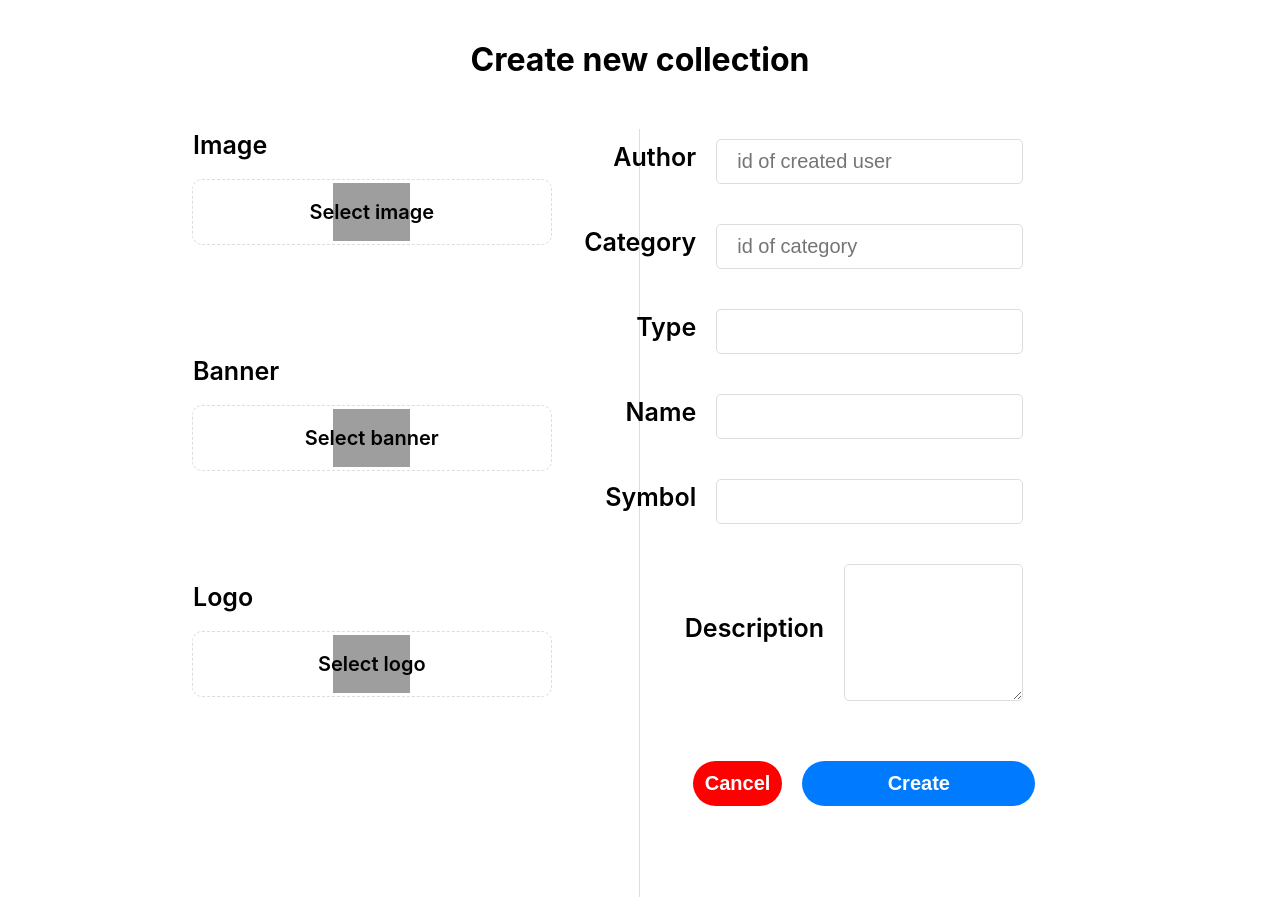
Repository: superHotBob/admin_nftillion
Page: /createcollection
These files come from the project's save history. The page is drawn as it stood at one moment and after the next save; the edit follows.
The browser window is 1280 px wide. The pictures show the whole page.
Pictures or frames that could not be fetched are drawn as grey boxes. The project was rebuilt for these pictures with package versions that can differ from the ones it lists, and the page was loaded fresh each time. Also part of the build but not shown: src/components/Login/styles.scss, src/components/Login/index.js, src/components/NavPanel/styles.scss, src/components/NavPanel/index.js, src/components/Users/index.js, src/components/Collections/index.js, src/components/Preminted/styles.scss, src/components/Preminted/index.js.

Above is the page before, as saved 2022-04-27 11:29:34.

After the next save:
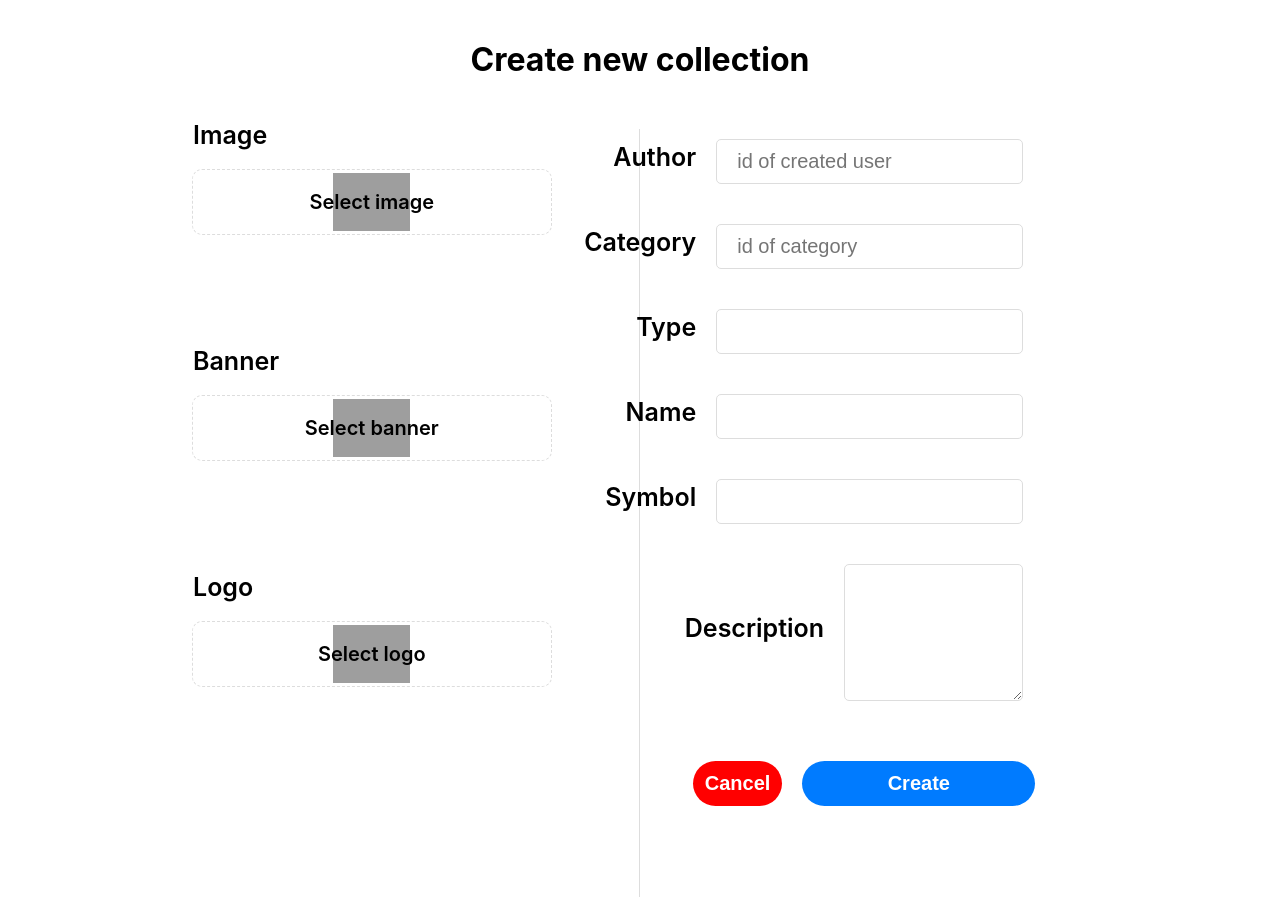
Saved 33 s later.
--- a/src/components/CreateCollection/index.js
+++ b/src/components/CreateCollection/index.js
@@ -75,7 +75,7 @@ export const Create = () => {
     <>
       <h1 className="header">Create new collection</h1>
       <div className="main_block_create" >
-        <div className="image_block" style={{marginTop: 50}}>
+        <div className="image_block" style={{marginTop: 40}}>
           <form>
             <div
               className="image"
